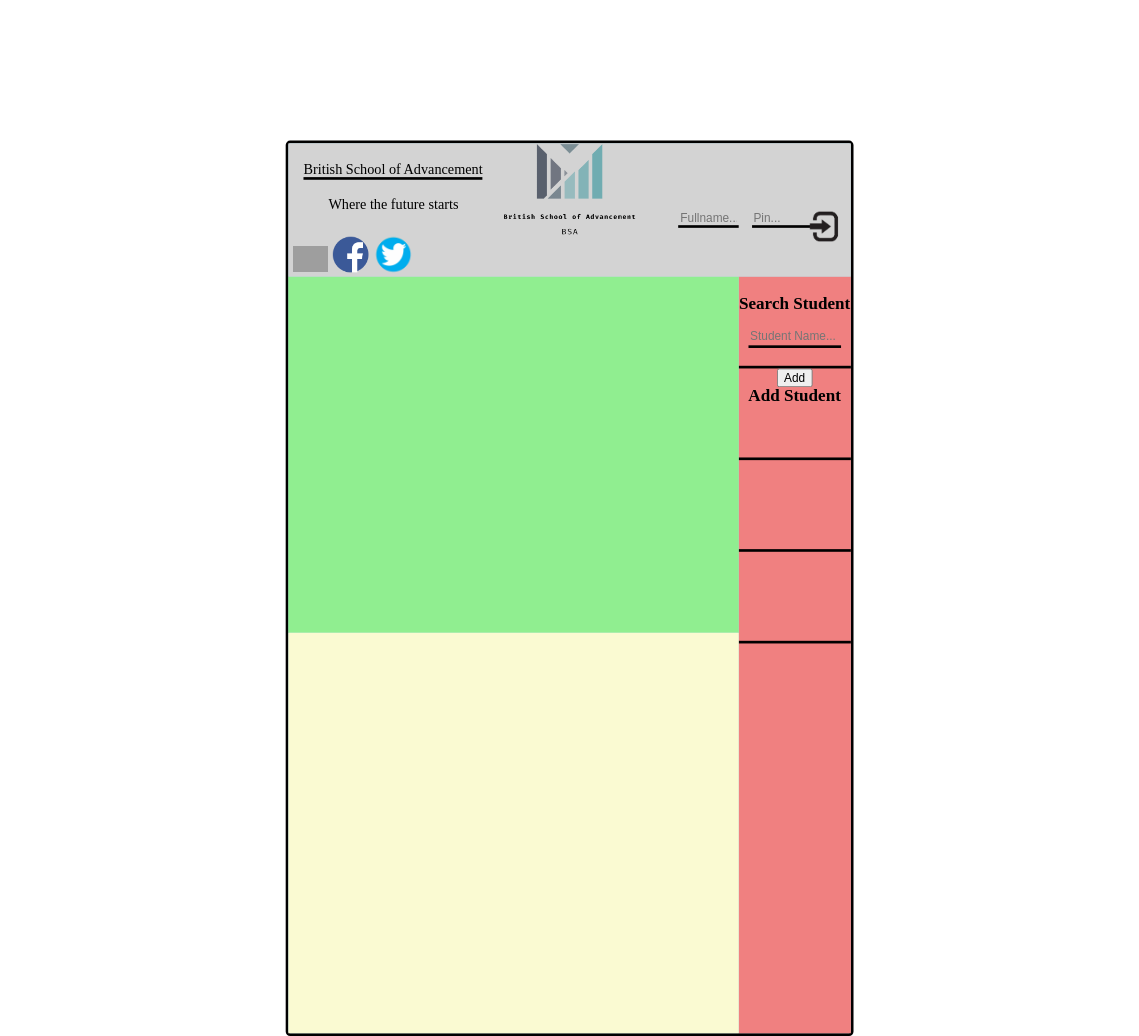
Repository: ghend99/School-app
Page: index.html
An editor plug-in stored every save of this project. The page is shown before and after the next save, followed by the edit.
The browser window is 1280 px wide. The pictures show the whole page, at 89% of full size.
Pictures or frames that could not be fetched are drawn as grey boxes.

Above is the page before, as saved 2023-03-24 13:56:48.

After the next save:
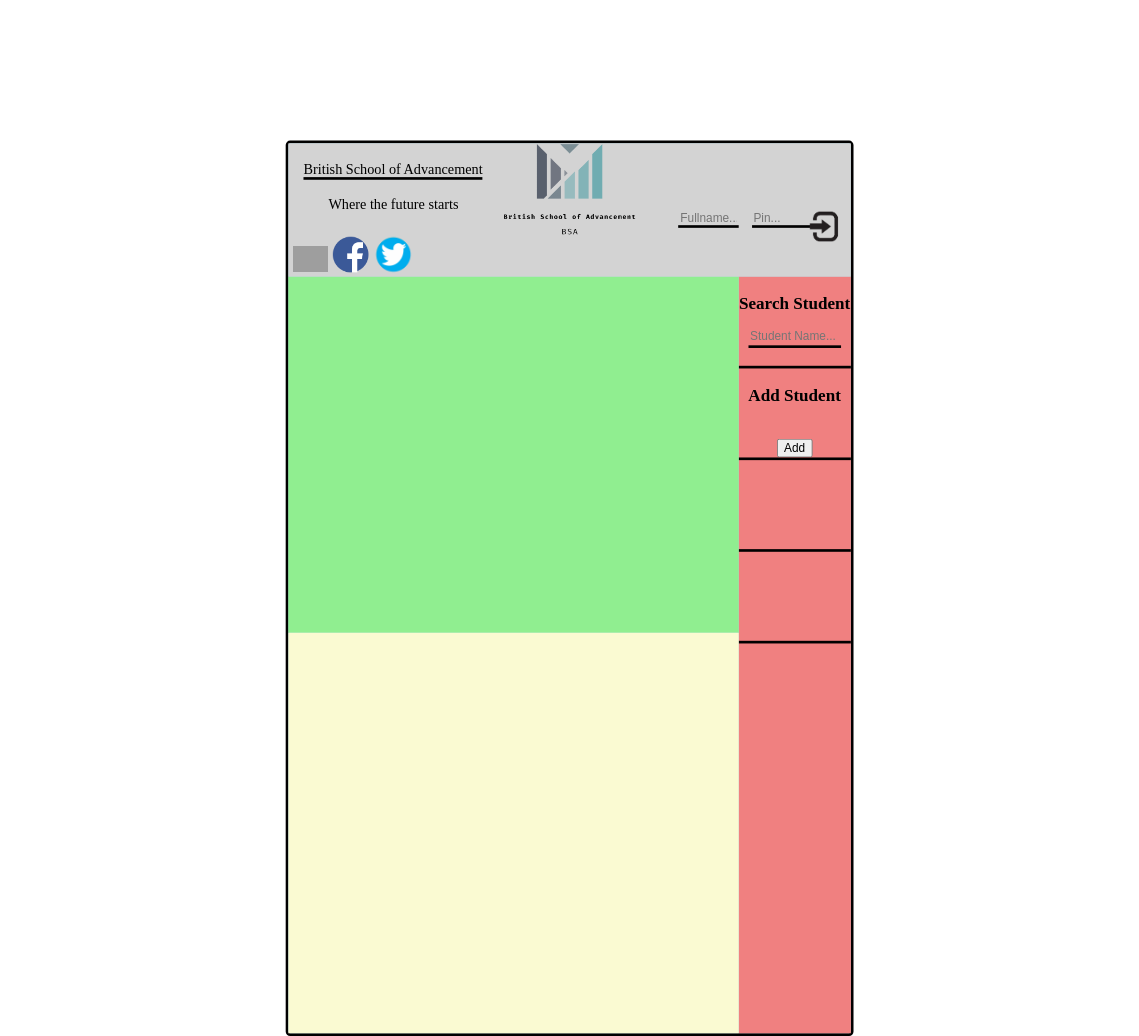
Saved 7 s later.
--- a/style.css
+++ b/style.css
@@ -134,11 +134,10 @@
   outline: none;
 }
 
-.sidebar-link-button{
-  position: absolute;
-  bu
-}
-
+.sidebar-link-button {
+  position: absolute;
+  bottom: 0;
+}
 
 #student-information-container {
   position: relative;
